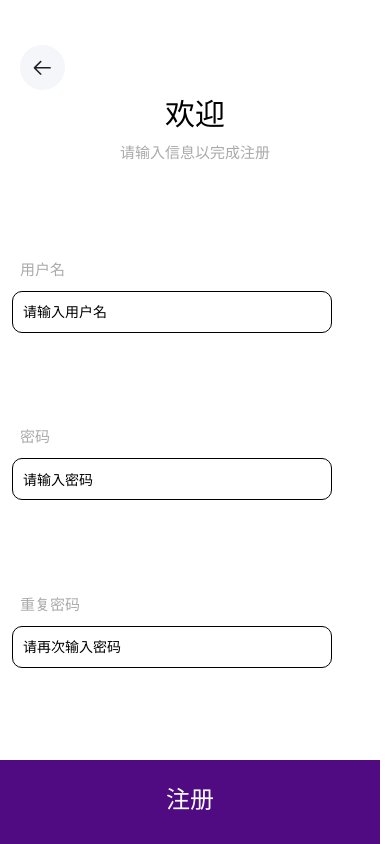
Repository: eyebone/barManager
Screen: /sign
The author's editor kept a copy of each file at every save. The screen is drawn from the files as they stood at one save, then again after a run of saves.
The app was drawn by React Native's web renderer in a window 390 px wide. The project was rebuilt for these pictures with package versions that can differ from the ones it lists, and the page was loaded fresh each time. Also part of the build but not shown: components/EmojiPicker.js, components/Button.js, components/ImageViewer.js, components/circleButton.js, components/IconButton.js, view/ViewOne.js, view/Main.js.

Above is the screen before, as saved 2023-06-26 16:31:22.

After the next 2 saves:
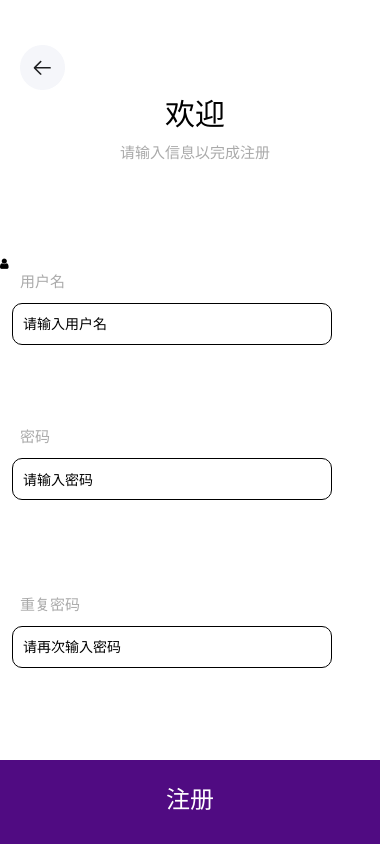
The 2 saves are shown as one change because they came seconds apart.
The last was saved 56 s later.
--- a/view/Sign.js
+++ b/view/Sign.js
@@ -47,7 +47,7 @@ export function SignView({ navigation }) {
         <Text style={styles.infoText}>请输入信息以完成注册</Text>
       </View>
       <View style={styles.inputBar}>
-
+        <FontAwesome name="user"></FontAwesome>
         <Text style={styles.smallText}>用户名</Text>
         <TextInput
           maxLength={40}
